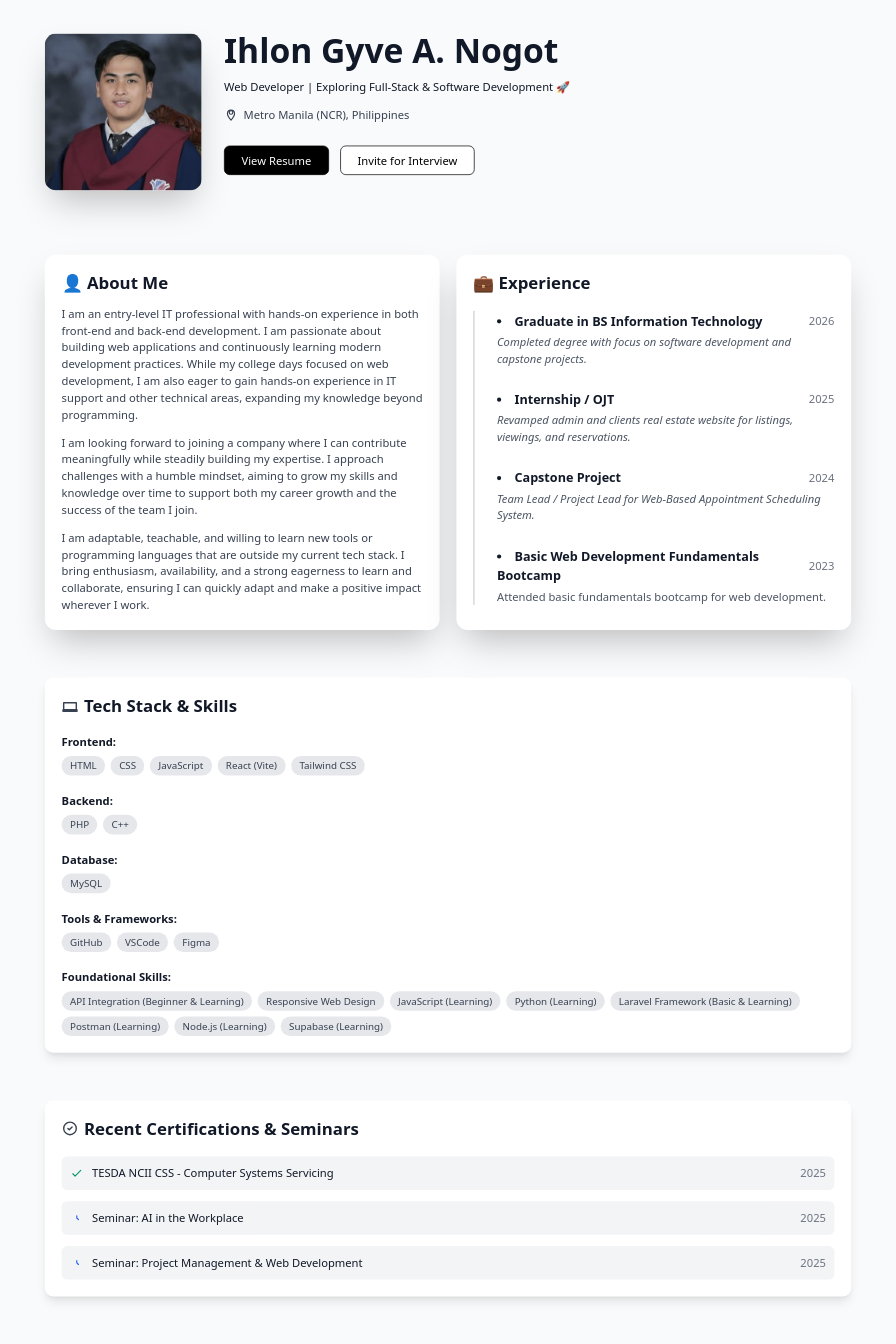
Repository: MeekSharkdev/cv-portfolio
Page: index.html
The author's editor kept a copy of each file at every save. The page is drawn from the files as they stood at one save, then again after the next save.
The browser window is 1280 px wide. The pictures show the part of the page from y = 0 to 1920 px (the page is 2616 px tall), at 70% of full size.
A picture or video elsewhere on the page could not be fetched, so the positions and the page height are approximate.

Above is the page before, as saved 2026-01-31 20:39:57.
Not found: styles.css

After the next save:
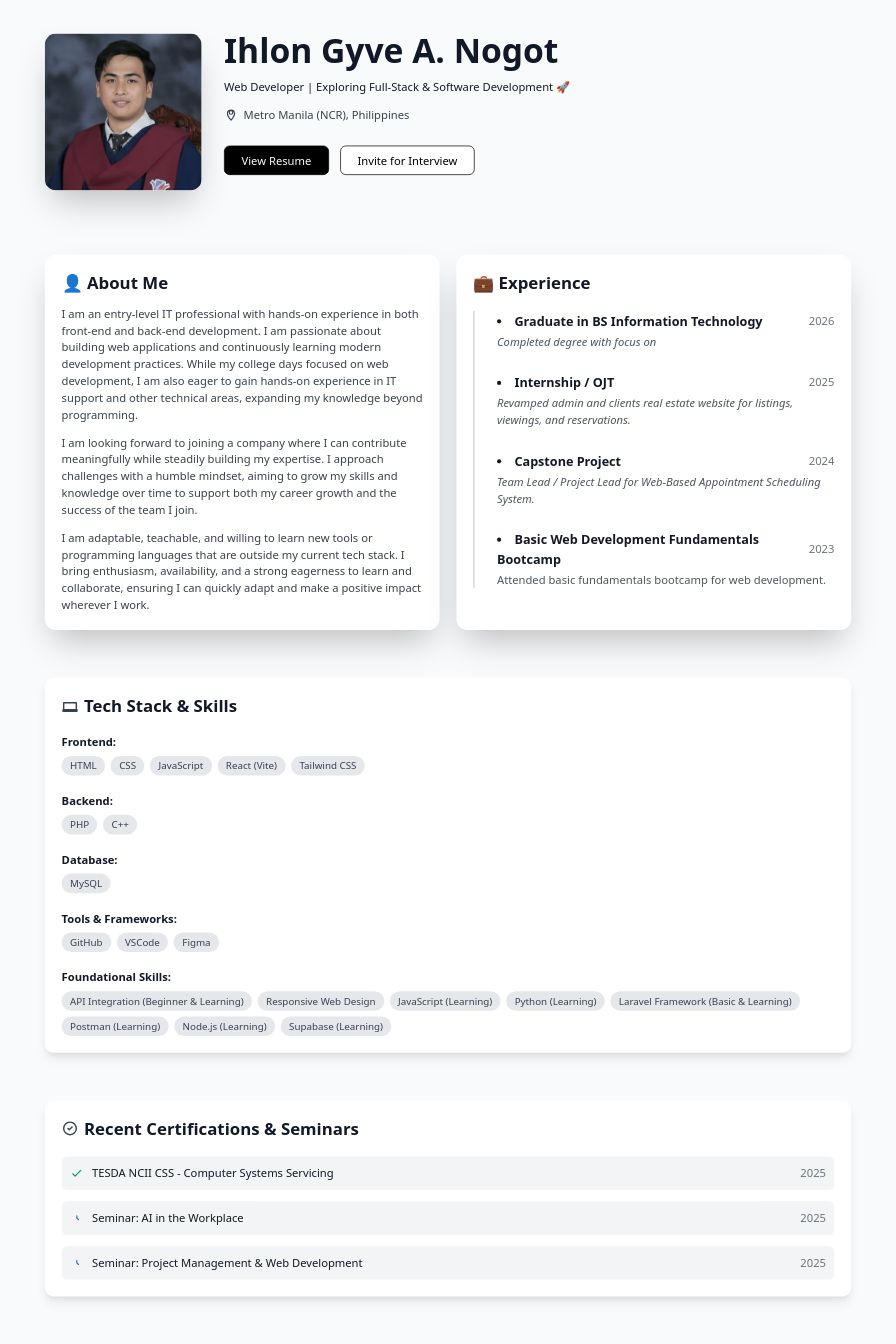
Saved 25 s later.
--- a/index.html
+++ b/index.html
@@ -114,8 +114,7 @@
                         <h3 class="text-lg font-bold"><li>Graduate in BS Information Technology</li></h3>
                         <span class="text-gray-500">2026</span>
                     </div>
-                    <p class="text-gray-600 mt-1"><i>Completed degree with focus on software development and capstone
-                        projects.</i></p>
+                    <p class="text-gray-600 mt-1"><i>Completed degree with focus on </i></p>
                 </div>
 
                 <!-- Internship / OJT -->
